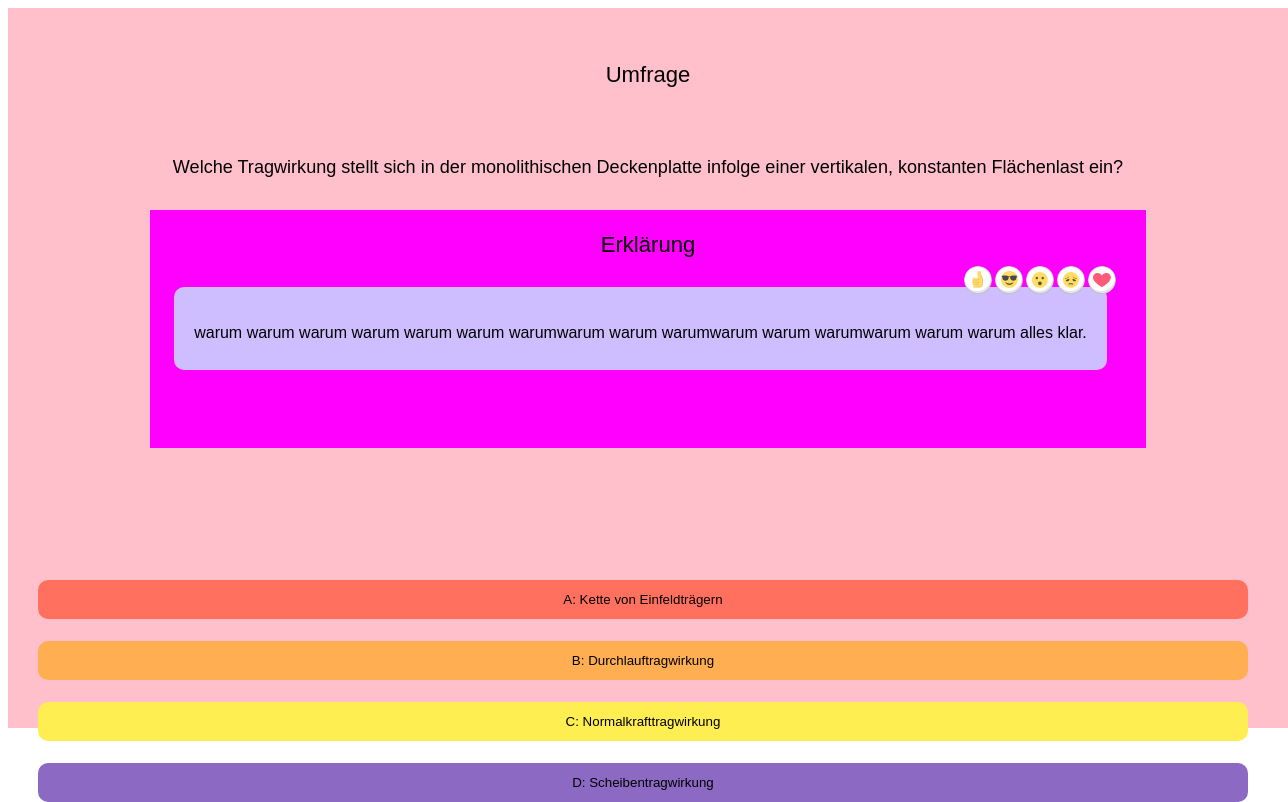
Repository: HyunraDate/Quinlan
Page: /Erklaerung
An editor plug-in stored every save of this project. The page is shown before and after the next save, followed by the edit.
The browser window is 1280 px wide. The page is 1288 px wide, so the pictures cover 1288 px, including what lies to the right of the window. The pictures show the whole page.
The project was rebuilt for these pictures with package versions that can differ from the ones it lists, and the page was loaded fresh each time. Also part of the build but not shown: vite.config.js, src/views/Ergebnis1.vue, src/views/Ergebnis2.vue.

Above is the page before, as saved 2023-07-25 14:44:01.

### index.html
<!DOCTYPE html>
<html lang="en">
  <head>
    <meta charset="UTF-8" />
    <link rel="icon" type="image/svg+xml" href="/vite.svg" />
    <meta name="viewport" content="width=device-width, initial-scale=1.0" />
    <title>Vite + Vue</title>
  </head>
  <body>
    <div id="app"></div>
    <script type="module" src="/src/main.js"></script>
    <script
    src="https://cdnjs.cloudflare.com/ajax/libs/echarts/5.4.1/echarts.min.js"
    integrity="sha512-OTbGFYPLe3jhy4bUwbB8nls0TFgz10kn0TLkmyA+l3FyivDs31zsXCjOis7YGDtE2Jsy0+fzW+3/OVoPVujPmQ=="
    crossorigin="anonymous"
    referrerpolicy="no-referrer">
    </script>

  </body>
</html>

### src/main.js
import { createApp } from 'vue'
// import './style.css'
import './utils/rem'
import App from './views/FragePage.vue'
import router from './router'
import * as echarts from 'echarts/core'

const app=createApp(App)//用const = 去挂载
app.use(router) //要先use哦
app.provide("ec", echarts);

// app.config.globalProperties.$axios = axios.create({
//     baseURL: 'http://localhost:8000', // 设置axios的基本URL
//     headers: {
//     // 设置axios请求的头部信息
//     }
// });

//createApp(app).mount('#app')
app.mount('#app')

### src/utils/rem.js
//rem等比适配配置文件
// 基准大小
const baseSize = 16
// 设置 rem 函数
function setRem () {
        // 当前页面宽度相对于 1920宽的缩放比例，可根据自己需要修改。
    const scale = document.documentElement.clientWidth / 1920
    // 设置页面根节点字体大小（“Math.min(scale, 2)” 指最高放大比例为2，可根据实际业务需求调整）
    document.documentElement.style.fontSize = baseSize * Math.min(scale, 2) + 'px'
    // 初始化
    setRem()
    // 改变窗口大小时重新设置
    rem.window.onresize = function () { setRem() }
}

### src/views/FragePage.vue
<!-- <template>
    <div>
    <div class="flex-col page">
        <div class="flex-col items-center">
          span class="font_1">Umfrage</span>
      <br/>

      <body onload="run()">
        wird in <span id="spanId" style="color:#FE9637">60</span>Sekunden springen!
      </body>
    </div>
</template> -->
<script>
// import { useStore } from '@store/index'
// //先引入useRouter
// import { useRouter } from 'vue-router'

// export default {
//   const store = useStore()
//   const router = useRouter()
//   //通过定义一个方法，使用Router进行跳转
//   const test =()=>
//   router.push()
// }

// import { useRouter , useRoute } from 'vue-router'

// setup(){
//     const $router=useRouter()
//     const $route=useRoute()

//     // 对象 $router.push()可以向history对象添加新记录
//     $router.push({ path: 'Ergebnis1' })
// }


// return {
//   store,
//   //这里暴露test方法
//   test
// }
// 页面一加载完成，该方法就会执行
// 读秒，一秒钟数字改变一次

// export default { 唔可以系setup度用
//   methods: {
//     scrollTo(target) {
//       const element = this.$refs[target];
//       element.scrollIntoView({ behavior: 'smooth' });
//     }
//   }
// }

var x = 60;
var select = "Step3.html";

function run(){
  // 获取到的是span标签的对象
  var span = document.getElementById("spanId");
  // 获取span标签中间的文本
  span.innerHTML = x;
  x--;
  // 再让run方法执行呢，一秒钟执行一次
  if(x < 0)window.location = select;
  else window.setTimeout("run()", 1000);

};

function test(click){
  select = click;
}

export default {
  data() {
    return {
      isDisabled: false,
      showButton: true,
    };
  },
  //Falls du die Btns nicht zeigen möchtest
  // beforeRouteEnter(to, from, next) {
  //   next(vm => {
  //     vm.showButton = false
  //   })
  // },
  // mounted() {
  //   // 在页面加载时显示按钮
  //   this.showButton = true;
  // },
  // beforeDestroy() {
  //   // 在页面销毁之前隐藏按钮
  //   this.showButton = false;
  // },

  methods:{
    option1:function(){
      console.log(this.$router);
      // this.$router.plus('/') 这里跳转不了欸
      //this.$router.push({path:"/"}) //传入对象 但也跳转不了欸 push!唔系plus啊死蠢！
      //this.showButton = false;

      //带参数
      this.$router.push({path:'/Ergebnis1'}) //成功跳转了！！okok!!
      //this.$router.push({name:"almond",params:{id:Chocolat}}) //传参 这里传不到欸 // 试一下传right
      },

      option2:function(){
        console.log(this.$router);
        //this.showButton = false; //hier zeigt die Button nicht mehr, wie du möchtest

        //带参数
        this.$router.push({path:'/Ergebnis2'}) //成功跳转了！！okok!!
        //如果要动态传参

        //this.$router.push({name:"Ergebnis2",params:{id:A}}) //传参 这里传不到欸 // 试一下传worong
      },

      onClick() {
        // 在点击事件监听器中禁用按钮
        this.isDisabled = true;
        // 在每个按钮上使用 v-bind:disabled 指令，将其值绑定为 isDisabled，
        //当 isDisabled 为 true 时，按钮将被禁用。
        console.log("Button clicked")
      },
  },


}
</script>

<template>
<body >
<div>
  <!-- <div class="flex-col page"> </div>  太占位啦！-->
    <div class="flex flex-col items-center">
    <br/><br/><br/>
    <span class="font_1">Umfrage</span>
    <!--style="{
      margin: 0;
      font-size: 1.38rem;
      font-family: Inter;
      line-height: 1.63rem;
      color: #000000;
      font-family: 'Work Sans', sans-serif;
      text-align: center;
      }"-->
    <br/><br/>
    <!-- <br/><br/> -->
    <span class="text">
    Welche Tragwirkung stellt sich in der monolithischen Deckenplatte infolge einer vertikalen, konstanten
    Flächenlast ein?
    <br/>
    </span>
  <router-view/>

<!-- onload="run()" 这里加载不了 这个onload function欸-->
<!-- wird in <span id="spanId" style="color:#FE9637">60</span>Sekunden springen! -->
</div>



<!-- 要页面跳转了
1、 router-link: <router-link to='/testDemo'>
                <button>点击跳转2</button>
                </router-link>

2、 this.$router.push('/a')
3、 get params ->  console.log(this.$route.params.a); -->
<div class="flex-col group space-y-22">

  <!-- <router-link to="Ergebnis2"><button class="flex-col justify-start items-center text-wrapper " type="submit">A: Kette von Einfeldträgern</button></router-link> -->
  <!-- <button class="flex-col justify-start items-center text-wrapper " type="submit" a href="Step3.html">A: Kette von Einfeldträgern</button> -->


  <!-- <router-link to="Ergebnis1"><button class="flex-col justify-start items-center text-wrapper_2 " type="submit">B: Durchlauftragwirkung</button></router-link> -->

  <!-- <router-link to="Ergebnis2"><button class="flex-col justify-start items-center text-wrapper_3" type="button">C: Normalkrafttragwirkung</button>
  </router-link> -->
<button v-on:click="onClick" :disabled="isDisabled" v-if="showButton" id ="A" class="flex-col justify-start items-center text-wrapper " type="submit" @click="option2">A: Kette von Einfeldträgern</button>

<button v-on:click="onClick" :disabled="isDisabled" v-if="showButton" id ="B" class="flex-col justify-start items-center text-wrapper_2" type="button" @click="option1">B: Durchlauftragwirkung</button>

<button v-on:click="onClick" :disabled="isDisabled" v-if="showButton" id ="C" class="flex-col justify-start items-center text-wrapper_3" type="button" @click="option2">C: Normalkrafttragwirkung</button>

<button v-on:click="onClick" :disabled="isDisabled" v-if="showButton" id ="D" class="flex-col justify-start items-center text-wrapper_4" type="button" @click="option2">D: Scheibentragwirkung</button>
</div>
</div>

</body>
</template>

<style scoped>
@import url("../css/halloween.css"); /*src = . */
/* .font_1{ /* didnt work
  position: center;
  } */

/*
使用深度选择器来写使样式生效。
有两种写法：

.a >>> .b {}
.a /deep/ .b
当你子组件使用了 scoped 但在父组件又想修改子组件的样式可以 通过 >>> 来实现：

<style scoped>
.a >>> .b { /* ...


将会编译成
.a[data-v-f3f3eg9] .b {
  /* ... */

</style>

### src/css/halloween.css
/* 语法 @media mediaType and|not|only (media feature) {
  /*CSS-Code;*/
  /* 3、css中的vh和vm
  vh和vm是相对视口区域的宽高，即浏览器可视区域

  vw：1vw等于视口宽度的1%。
  vh：1vh等于视口高度的1%。

  使用场景：页面头部和尾部固定，中间内容若高度超出，则出现滚动条，但是整个页面不出现滚动条，
  在此情况下就要计算中间内容的高度，可以使用vh解决 */

  /* :root { why didnt work??
  font-family: 'Work Sans', sans-serif;
  line-height: 1.5;
  font-weight: 400;

  color-scheme: light dark;
  color: rgba(255, 255, 255, 0.87);
  background-color: #242424;

  font-synthesis: none;
  text-rendering: optimizeLegibility;
  -webkit-font-smoothing: antialiased;
  -moz-osx-font-smoothing: grayscale;
  -webkit-text-size-adjust: 100%;
  } */

  /* // 最大宽度为1280 （width-max: 1280）*/
@media (width: 100vw) {
  html {
    font-size: 1.88rem;
    font-weight: 500;
    font-family: 'Work Sans', sans-serif;
  }

  body {
    background: pink;
    height:100vh;
    margin: 0;
    -webkit-font-smoothing: antialiased;
    -moz-osx-font-smoothing: grayscale;

  }

  body * {
    box-sizing: border-box;
    flex-shrink: 0;
  }

  button {
    border-width: 0px;
    border-radius: 0.63rem;
  }
  button:hover{
    border:2px solid #FE9637;
    box-shadow:rgba(251, 161, 72, 0.66) 0 0 5px;
    transition:all .2s;
  }
  .flex-row {
    display: flex;
    flex-direction: row;
  }

  .flex-col {
    display: flex;
    flex-direction: column;
  }

  .justify-start {
    justify-content: flex-start;
  }

  .justify-end {
    justify-content: flex-end;
  }

  .justify-center {
    justify-content: center;
  }

  .justify-between {
    justify-content: space-between;
  }

  .justify-around {
    justify-content: space-around;
  }

  .justify-evenly {
    justify-content: space-evenly;
  }

  .items-start {
    align-items: flex-start;
  }

  .items-end {
    align-items: flex-end;
  }

  .items-center {
    align-items: center;
  }

  .items-baseline {
    align-items: baseline;
  }

  .items-stretch {
    align-items: stretch;
  }

  .self-start {
    align-self: flex-start;
  }

  .self-end {
    align-self: flex-end;
  }

  .self-center {
    align-self: center;
  }

  .self-baseline {
    align-self: baseline;
  }

  .self-stretch {
    align-self: stretch;
  }

  .flex-1 {
    flex: 1 1 0%;
  }

  .flex-auto {
    flex: 1 1 auto;
  }

  .grow {
    flex-grow: 1;
  }

  .grow-0 {
    flex-grow: 0;
  }

  .shrink {
    flex-shrink: 1;
  }

  .shrink-0 {
    flex-shrink: 0;
  }

  .relative {
    position: relative;
  }

  /* .page {
    padding: 8.63rem 3.38rem 16.31rem 4rem;
    background-color: #ffffff;
    width: 100%;
    overflow-y: auto;
    overflow-x: hidden;
    height: 100%;
  } */
  .font_1 {
    font-size: 3.38rem;
    font-family: Inter;
    line-height: 1.63rem;
    color: #000000;
    font-family: 'Work Sans', sans-serif;
    text-align: center;
  }

  .text {
    margin: 2rem;
    color: #000000;
    font-size: 1.13rem;
    font-family: Inter;
    line-height: 1.38rem;
    text-align: center;
    font-family: 'Work Sans', sans-serif;
  }
  .group {
    margin-top: 8.25rem;
    padding: 0 1.88rem;
  }
  .space-y-22 > *:not(:first-child) {
    margin-top: 1.38rem;
  }
  .text-wrapper {
    margin-right: 0.63rem;
    padding: 0.75rem 0;
    background-color: #FF715E;
  }
  .font_2 {
    font-size: 1rem;
    font-family: Inter;
    line-height: 0.97rem;
    color: #000000;
    font-family: 'Work Sans', sans-serif;
  }
  .text-wrapper_2 {
    margin-right: 0.63rem;
    padding: 0.75rem 0;
    background-color: #ffaf51;
    outline: none;
  }
  .text-wrapper_3 {
    margin-right: 0.63rem;
    padding: 0.75rem 0;
    background-color: #FFEE51;
  }
  .text-wrapper_4 {
    margin-right: 0.63rem;
    padding: 0.75rem 0;
    background-color: #8C6AC4;
  }
}
/* // 200px为头部加尾部高度 */


  /* // 宽度为1281-1366之间
@media (min-width: 1281px) and (max-width: 1366px) {
  body {
    background: red;
  }
}

/* // 最小宽度为1441  */
/* @media (min-width: 1441px) {
  body {
    background: green;
  }
} */


html {
  font-size: 1.88rem;
  font-weight: 500;
  font-family: 'Work Sans', sans-serif;
}

body {
  margin: 0;
  -webkit-font-smoothing: antialiased;
  -moz-osx-font-smoothing: grayscale;
  width: 100vw;
  height: 100vh;
}

body * {
  box-sizing: border-box;
  flex-shrink: 0;
}

button {
  border-width: 0px;
  border-radius: 0.63rem;
}
button:hover{
  border:2px solid #FE9637;
  box-shadow:rgba(251, 161, 72, 0.66) 0 0 5px;
  transition:all .2s;
}
.flex-row {
  display: flex;
  flex-direction: row;
}

.flex-col {
  display: flex;
  flex-direction: column;
}

.justify-start {
  justify-content: flex-start;
}

.justify-end {
  justify-content: flex-end;
}

.justify-center {
  justify-content: center;
}

.justify-between {
  justify-content: space-between;
}

.justify-around {
  justify-content: space-around;
}

.justify-evenly {
  justify-content: space-evenly;
}

.items-start {
  align-items: flex-start;
}

.items-end {
  align-items: flex-end;
}

.items-center {
  align-items: center;
}

.items-baseline {
  align-items: baseline;
}

.items-stretch {
  align-items: stretch;
}

.self-start {
  align-self: flex-start;
}

.self-end {
  align-self: flex-end;
}

.self-center {
  align-self: center;
}

.self-baseline {
  align-self: baseline;
}

.self-stretch {
  align-self: stretch;
}

.flex-1 {
  flex: 1 1 0%;
}

.flex-auto {
  flex: 1 1 auto;
}

.grow {
  flex-grow: 1;
}

.grow-0 {
  flex-grow: 0;
}

.shrink {
  flex-shrink: 1;
}

.shrink-0 {
  flex-shrink: 0;
}

.relative {
  position: relative;
}

.page {
  padding: 8.63rem 3.38rem 16.31rem 4rem;
  background-color: #ffffff;
  width: 100%;
  overflow-y: auto;
  overflow-x: hidden;
  height: 100%;
}
.font_1 {
  font-size: 1.38rem;
  font-family: Inter;
  line-height: 1.63rem;
  color: #000000;
  font-family: 'Work Sans', sans-serif;
}
.text {
  margin-top: 2rem;
  color: #000000;
  font-size: 1.13rem;
  font-family: Inter;
  line-height: 1.38rem;
  text-align: center;
  font-family: 'Work Sans', sans-serif;

}
.group {
  margin-top: 8.25rem;
  padding: 0 1.88rem;
}
.space-y-22 > *:not(:first-child) {
  margin-top: 1.38rem;
}
.text-wrapper {
  margin-right: 0.63rem;
  padding: 0.75rem 0;
  background-color: #FF715E;
}
.font_2 {
  font-size: 1rem;
  font-family: Inter;
  line-height: 0.97rem;
  color: #000000;
  font-family: 'Work Sans', sans-serif;
}
.text-wrapper_2 {
  margin-right: 0.63rem;
  padding: 0.75rem 0;
  background-color: #ffaf51;
  outline: none;
}
.text-wrapper_3 {
  margin-right: 0.63rem;
  padding: 0.75rem 0;
  background-color: #FFEE51;
}
.text-wrapper_4 {
  margin-right: 0.63rem;
  padding: 0.75rem 0;
  background-color: #8C6AC4;
}

### src/views/Erklaerung.vue
<template>
    <html lang="en">
  <!-- <head>
    <meta charset="UTF-8" />
    <meta http-equiv="X-UA-Compatible" content="IE=edge" />
    <meta name="viewport" content="width=device-width, initial-scale=1.0" />
    <title>codefun</title>
    <link rel="stylesheet" href="./Step4.css" />
    <script type="text/javascript" src="./Step4.js"></script>
  </head> -->
  <body>
    <div class="flex-col page space-y-10">
      <span class="self-center text">Erklärung</span>
      <div class="flex-col justify-start relative group">
        <div class="flex-col justify-start items-start text-wrapper">
          <span class="text_2">
            warum warum warum warum warum warum warumwarum warum warumwarum warum warumwarum warum warum alles klar.
          </span>
        </div>
        <img
          class="image pos_3"
          src="../images/surprise.png"
        />
        <img
          class="image pos_2"
          src="../images/cool.png"
        />
        <img
          class="image pos"
          src="../images/like.png"
        />
        <img
          class="image pos_5"
          src="../images/heart.png"
        />
        <img
          class="image pos_4"
          src="../images/sad.png"
        />
      </div>
      <!--<img
        class="self-end image_2"
        src="https://codefun-proj-user-res-1256085488.cos.ap-guangzhou.myqcloud.com/63986c125a7e3f0310fdabbc/63986c59717ee30011312a06/16709407860648366536.png"
      /> -->
    </div>
  </body>
</html>
</template>

<style scoped>
@import url("../css/Step4.css");
</style>

### src/css/Step4.css
html {
    font-size: 16px;
  }

  body {
    margin: 0;
    font-family: 'Work Sans', sans-serif;
    -webkit-font-smoothing: antialiased;
    -moz-osx-font-smoothing: grayscale;
    width: 100vw;
    height: 100vh;
  }

  body * {
    box-sizing: border-box;
    flex-shrink: 0;
  }

  /* .flex-row {
    display: flex;
    flex-direction: row;
  } */

  .flex-col {
    display: flex;
    flex-direction: column;
  }

  .justify-start {
    justify-content: flex-start;
  }

  .justify-end {
    justify-content: flex-end;
  }

  .justify-center {
    justify-content: center;
  }

  .justify-between {
    justify-content: space-between;
  }

  .justify-around {
    justify-content: space-around;
  }

  .justify-evenly {
    justify-content: space-evenly;
  }

  .items-start {
    align-items: flex-start;
  }

  .items-end {
    align-items: flex-end;
  }

  .items-center {
    align-items: center;
  }

  .items-baseline {
    align-items: baseline;
  }

  .items-stretch {
    align-items: stretch;
  }

  .self-start {
    align-self: flex-start;
  }

  .self-end {
    align-self: flex-end;
  }

  .self-center {
    align-self: center;
  }

  .self-baseline {
    align-self: baseline;
  }

  .self-stretch {
    align-self: stretch;
  }

  .flex-1 {
    flex: 1 1 0%;
  }

  .flex-auto {
    flex: 1 1 auto;
  }

  .grow {
    flex-grow: 1;
  }

  .grow-0 {
    flex-grow: 0;
  }

  .shrink {
    flex-shrink: 1;
  }

  .shrink-0 {
    flex-shrink: 0;
  }

  .relative {
    position: relative;
  }

  .page {
    padding: 1.5rem ;
    background-color: #ff00ff;
  }
  .space-y-10 > *:not(:first-child) {
    margin-top: 0.63rem;
  }
  .text {
    color: #000000;
    font-size: 1.38rem;
    font-family: Inter;
    line-height: 1.34rem;
    font-family: 'Work Sans', sans-serif;
  }
  .group {
    padding-top: 1.31rem;
    height: 9.88rem;
  }
  .text-wrapper {
    margin-right: 0.94rem;
    padding: 2.25rem 0 1.75rem;
    background-color: #cfbeff;
    border-radius: 0.63rem;
  }
  .text_2 {
    margin: 0 1.25rem;
    color: #000000;
    font-size: 1rem;
    font-family: Inter;
    line-height: 1.19rem;
    font-family: 'Work Sans', sans-serif;
  }
  .image {
    width: 1.75rem;
    height: 1.75rem;
  }
  .pos_3 {
    position: absolute;
    right: 4.25rem;
    top: 0;
    border-radius: 50%;
    border:none;
    }

  .pos_3:hover{
    border:2px solid #FE9637;
    box-shadow:rgba(251, 161, 72, 0.66) 0 0 5px;
    transition:all .2s;
    }

  .pos_2 {
    position: absolute;
    right: 6.19rem;
    top: 0;
    border-radius: 50%;
    border:none;
    }

  .pos_2:hover{
    border:2px solid #FE9637;
    box-shadow:rgba(251, 161, 72, 0.66) 0 0 5px;
    transition:all .2s;
    }

  .pos {
    position: absolute;
    right: 8.13rem;
    top: 0;
    border-radius: 50%;
    border:none;
    }

  .pos:hover{
    border:2px solid #FE9637;
    box-shadow:rgba(251, 161, 72, 0.66) 0 0 5px;
    transition:all .2s;
    }

  .pos_5 {
    position: absolute;
    right: 0.38rem;
    top: 0;
    border-radius: 50%;
    border:none;
    }

  .pos_5:hover{
    border:2px solid #FE9637;
    box-shadow:rgba(251, 161, 72, 0.66) 0 0 5px;
    transition:all .2s;
    }

  .pos_4 {
    position: absolute;
    right: 2.31rem;
    top: 0;
    border-radius: 50%;
    border:none;
    }

  .pos_4:hover{
    border:2px solid #FE9637;
    box-shadow:rgba(251, 161, 72, 0.66) 0 0 5px;
    transition:all .2s;
    }

  .image_2 {
    width: 6.31rem;
    height: 2.19rem;
    margin-top: 0.63rem;
  }

Loaded but not shown: src/router/index.js (136 lines, source omitted)

After the next save:
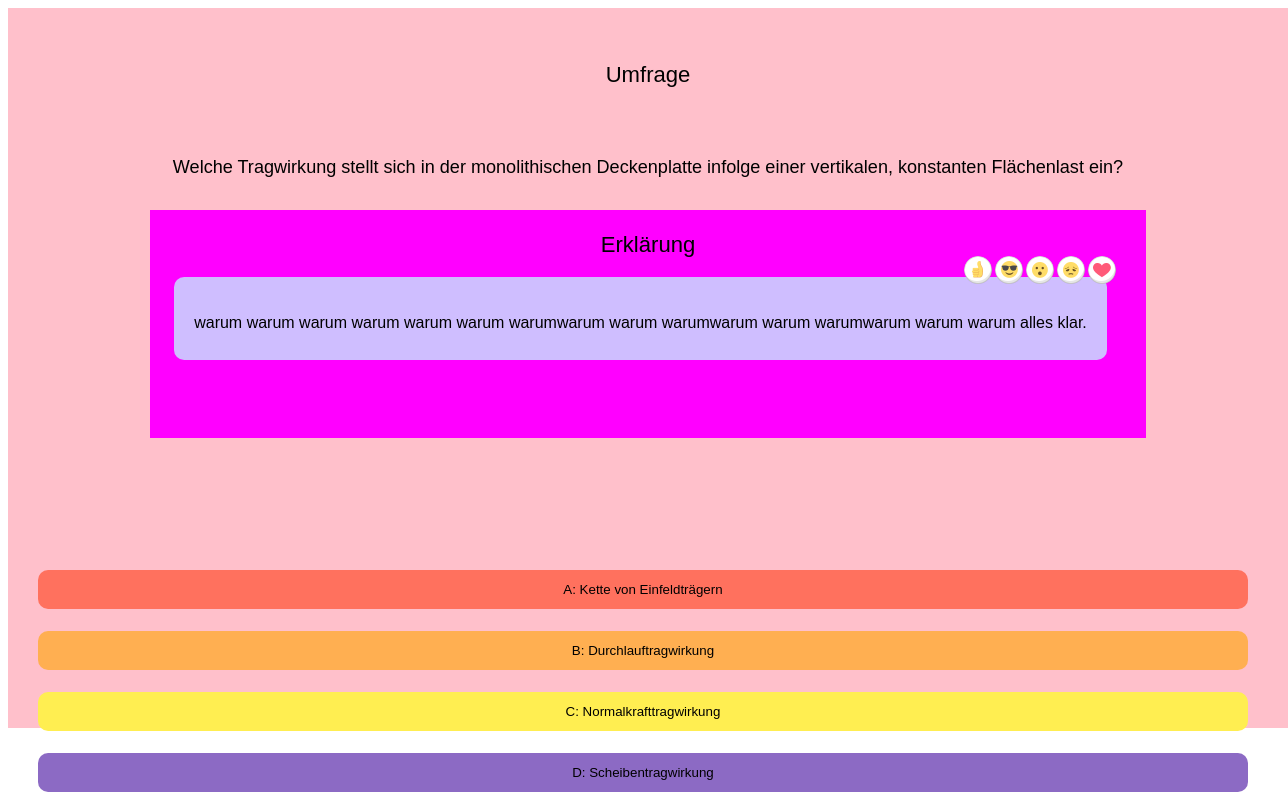
Saved 10 s later.
--- a/src/css/Step4.css
+++ b/src/css/Step4.css
@@ -122,9 +122,9 @@
     padding: 1.5rem ;
     background-color: #ff00ff;
   }
-  .space-y-10 > *:not(:first-child) {
+  /* .space-y-10 > *:not(:first-child) {
     margin-top: 0.63rem;
-  }
+  } */
   .text {
     color: #000000;
     font-size: 1.38rem;

After the save that followed:
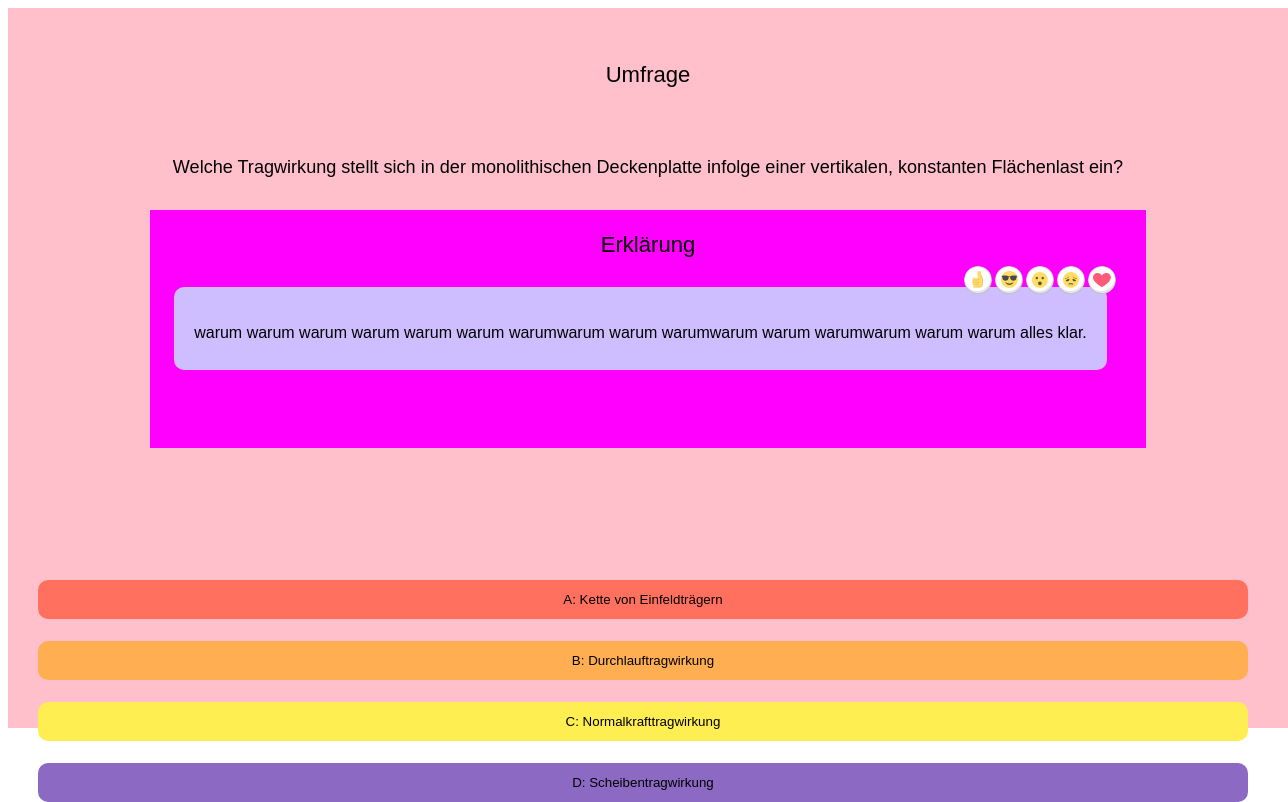
Saved 4 s later.
--- a/src/css/Step4.css
+++ b/src/css/Step4.css
@@ -122,9 +122,9 @@
     padding: 1.5rem ;
     background-color: #ff00ff;
   }
-  /* .space-y-10 > *:not(:first-child) {
+  .space-y-10 > *:not(:first-child) {
     margin-top: 0.63rem;
-  } */
+  }
   .text {
     color: #000000;
     font-size: 1.38rem;
